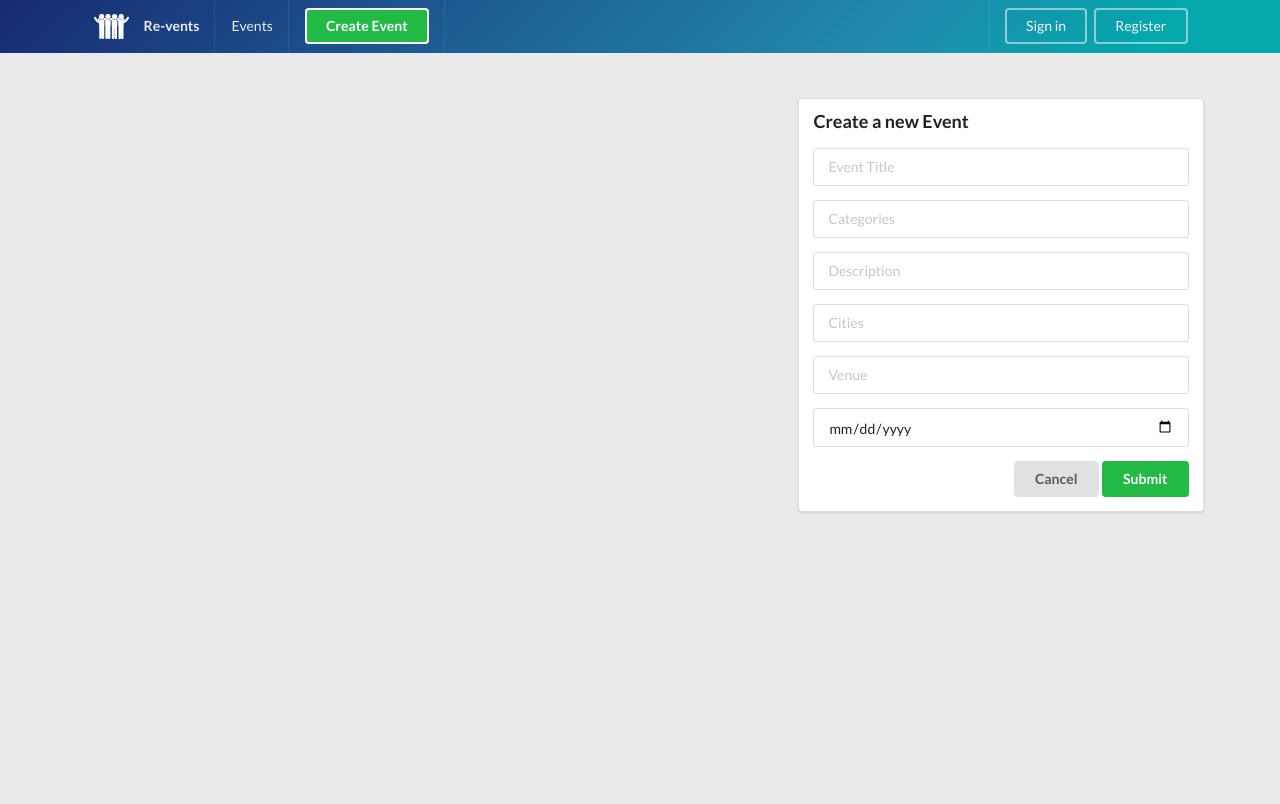
Repository: Preranabaruah/react-semantic-ui
Page: /
The author's editor kept a copy of each file at every save. The page is drawn from the files as they stood at one save, then again after the next save.
The browser window is 1280 px wide. The pictures show the whole page.
The project was rebuilt for these pictures with package versions that can differ from the ones it lists, and the page was loaded fresh each time. Also part of the build but not shown: vite.config.ts, src/features/events/event-dashboard/event-list-attendee.tsx, src/features/events/event-dashboard/event-list-item.tsx.

Above is the page before, as saved 2023-09-08 18:31:36.

### index.html
<!doctype html>
<html lang="en">
  <head>
    <meta charset="UTF-8" />
    <link rel="icon" type="image/svg+xml" href="/vite.svg" />
    <meta name="viewport" content="width=device-width, initial-scale=1.0" />
    <title>Re-vents</title>
  </head>
  <body>
    <div id="root"></div>
    <script type="module" src="/src/index.tsx"></script>
  </body>
</html>

### src/index.tsx
import React from "react";
import ReactDOM from "react-dom/client";
import App from "./App.tsx";
import "semantic-ui-css/semantic.min.css";
import "./style.css";
ReactDOM.createRoot(document.getElementById("root")!).render(
  <React.StrictMode>
    <App />
  </React.StrictMode>
);

### src/App.tsx
import { Container } from "semantic-ui-react";
import EventDashboard from "./features/events/event-dashboard";
import NavBar from "./features/nav-bar";

function App() {
  return (
    <>
      <div>
        <NavBar />
        <Container className="main">
          <EventDashboard />
        </Container>
      </div>
    </>
  );
}

export default App;

### src/style.css
body {
  background-color: #eaeaea;
}
.ui.fixed.menu {
  background-image: linear-gradient(135deg, rgb(24, 42, 115) 0%, rgb(33, 138, 174) 69%, rgb(3, 167, 172) 89%);
}
.ui.main.container {
  margin-top: 7em;
}

### src/features/events/event-dashboard/index.tsx
import { Grid } from "semantic-ui-react";
import EventList from "./event-list";
import EventForm from "../event-form";
import { sampleData } from "../../../api/index.js";

const EventDashboard = () => {
  return (
    <>
      <Grid>
        <Grid.Column width={10}>
          <EventList events={sampleData} />
        </Grid.Column>
        <Grid.Column width={6}>
          <EventForm />
        </Grid.Column>
      </Grid>
    </>
  );
};

export default EventDashboard;

### src/features/nav-bar/index.tsx
import { Menu, Container, Button } from "semantic-ui-react";

const NavBar = () => {
  return (
    <>
      <Menu inverted fixed="top">
        <Container>
          <Menu.Item header>
            <img src="/public/assets/logo.png" style={{ marginRight: 15 }} />
            Re-vents
          </Menu.Item>
          <Menu.Item name="Events" />
          <Menu.Item>
            <Button positive inverted content="Create Event" />
          </Menu.Item>
          <Menu.Item position="right">
            <Button basic inverted content="Sign in" />
            <Button basic inverted content="Register" style={{ marginLeft: "0.5em" }} />
          </Menu.Item>
        </Container>
      </Menu>
    </>
  );
};

export default NavBar;

### src/features/events/event-dashboard/event-list.tsx
import EventListItems from "./event-list-item";

const EventList = (props: any) => {
  return (
    <>
      {props.events.map((event: any) => {
        <EventListItems event={event} />;
      })}
    </>
  );
};

export default EventList;

### src/features/events/event-form/index.tsx
import { Header, Segment, Form, Button } from "semantic-ui-react";

const EventForm = () => {
  return (
    <>
      <Segment clearing>
        <Header content="Create a new Event" />
        <Form>
          <Form.Field>
            <input type="text" placeholder="Event Title" />
          </Form.Field>
          <Form.Field>
            <input type="text" placeholder="Categories" />
          </Form.Field>
          <Form.Field>
            <input type="text" placeholder="Description" />
          </Form.Field>
          <Form.Field>
            <input type="text" placeholder="Cities" />
          </Form.Field>
          <Form.Field>
            <input type="text" placeholder="Venue" />
          </Form.Field>
          <Form.Field>
            <input type="date" placeholder="Date" />
          </Form.Field>
          <Button content="Submit" type="submit" floated="right" positive />
          <Button content="Cancel" type="submit" floated="right" />
        </Form>
      </Segment>
    </>
  );
};

export default EventForm;

### src/api/index.js
export const sampleData = [
    {
        id: '1',
        title: 'Trip to Empire State building',
        date: '2018-03-21',
        category: 'culture',
        description: 'Lorem ipsum dolor sit amet, consectetur adipiscing elit. Phasellus sollicitudin ligula eu leo tincidunt, quis scelerisque magna dapibus. Sed eget ipsum vel arcu vehicula ullamcorper.',
        city: 'NY, USA',
        venue: 'Empire State Building, 5th Avenue, New York, NY, USA',
        hostedBy: 'Bob',
        hostPhotoURL: 'https://randomuser.me/api/portraits/men/20.jpg',
        attendees: [
            {
                id: 'a',
                name: 'Bob',
                photoURL: 'https://randomuser.me/api/portraits/men/20.jpg'
            },
            {
                id: 'b',
                name: 'Tom',
                photoURL: 'https://randomuser.me/api/portraits/men/22.jpg'
            }
        ]
    },
    {
        id: '2',
        title: 'Trip to Punch and Judy Pub',
        date: '2018-03-18',
        category: 'drinks',
        description: 'Lorem ipsum dolor sit amet, consectetur adipiscing elit. Phasellus sollicitudin ligula eu leo tincidunt, quis scelerisque magna dapibus. Sed eget ipsum vel arcu vehicula ullamcorper.',
        city: 'London, UK',
        venue: 'Punch & Judy, Henrietta Street, London, UK',
        hostedBy: 'Tom',
        hostPhotoURL: 'https://randomuser.me/api/portraits/men/22.jpg',
        attendees: [
            {
                id: 'a',
                name: 'Bob',
                photoURL: 'https://randomuser.me/api/portraits/men/20.jpg'
            },
            {
                id: 'b',
                name: 'Tom',
                photoURL: 'https://randomuser.me/api/portraits/men/22.jpg'
            }
        ]
    }
];

After the next save:
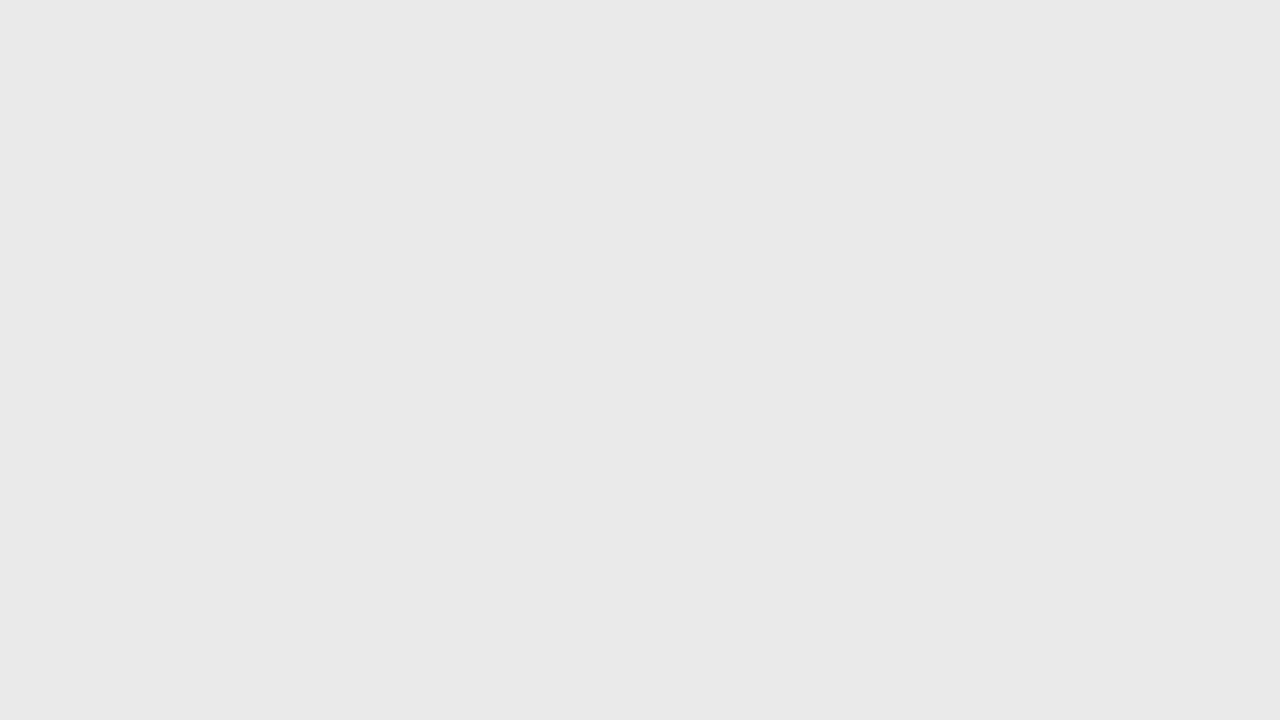
Console error: ReferenceError: props is not defined
Saved 115 s later.
--- a/src/features/events/event-dashboard/event-list.tsx
+++ b/src/features/events/event-dashboard/event-list.tsx
@@ -1,6 +1,6 @@
 import EventListItems from "./event-list-item";
 
-const EventList = (props: any) => {
+const EventList = ({ events }: any) => {
   return (
     <>
       {props.events.map((event: any) => {

After the save that followed:
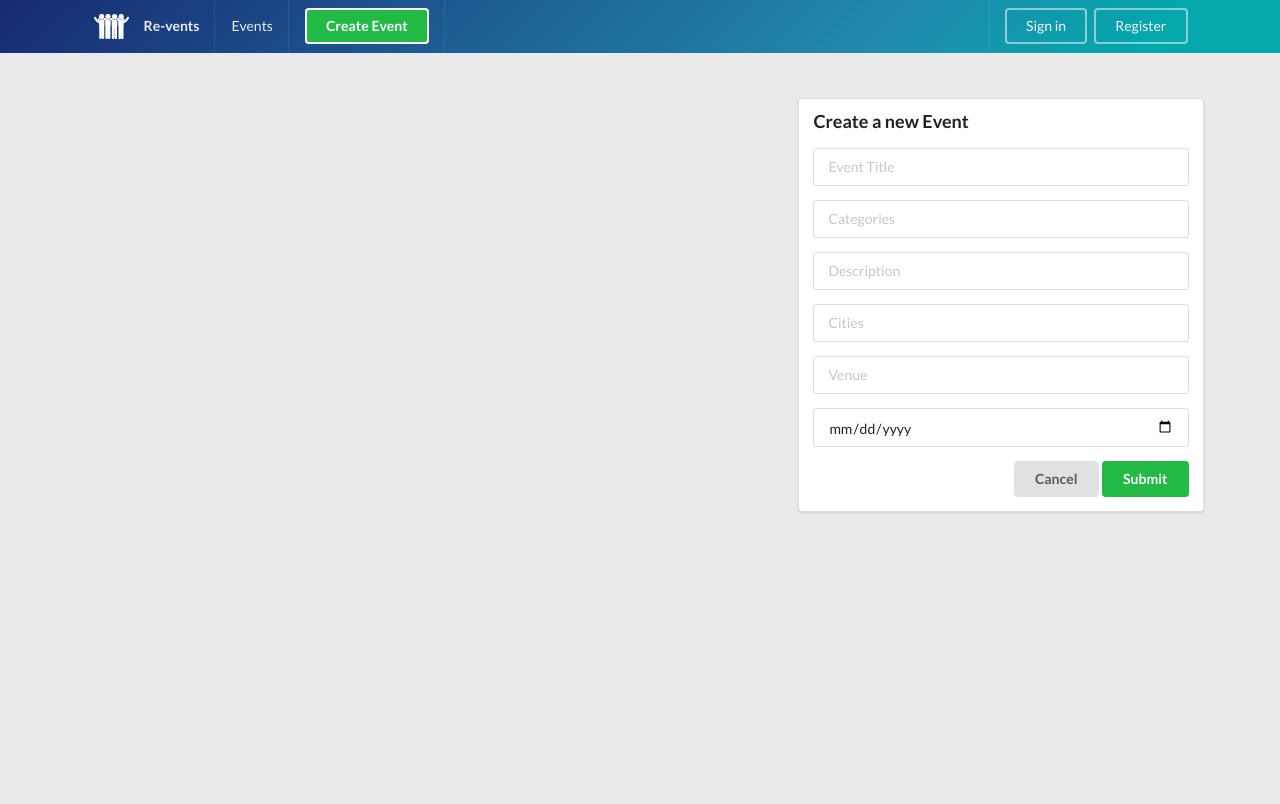
The error is gone.
Saved 20 s later.
--- a/src/features/events/event-dashboard/event-list.tsx
+++ b/src/features/events/event-dashboard/event-list.tsx
@@ -3,7 +3,7 @@
 const EventList = ({ events }: any) => {
   return (
     <>
-      {props.events.map((event: any) => {
+      {events.map((event: any) => {
         <EventListItems event={event} />;
       })}
     </>
